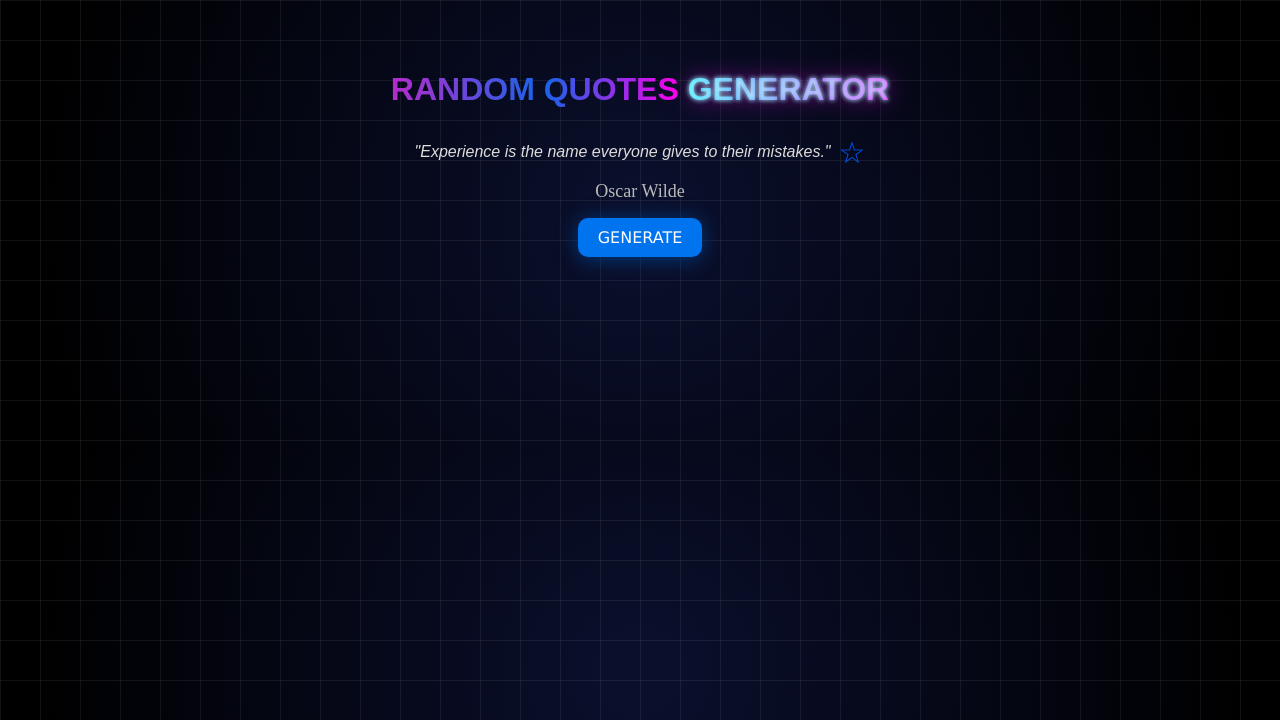
Repository: Adel-la/random-quotes
Page: index.html
These files come from the project's save history. The page is drawn as it stood at one moment and after the next save; the edit follows.
The browser window is 1280 px wide. The pictures show the whole page.

Above is the page before, as saved 2025-06-26 23:24:57.

### index.html
<!DOCTYPE html>
<html lang="ru">
<head>
  <meta charset="UTF-8" />
  <title>Random Quotes</title>
  <link rel="stylesheet" href="styles.css" />
</head>
<body>
  <main class="main">
    <h1 class="h1-title"> <span class="special-text">RANDOM QUOTES</span> <span class="neon-text">GENERATOR</span></h1>
    <div class="quote-container">
      <p id="quote" class="quote"></p>
      <button id="favorite" class="favorite">☆</button>
    </div>
    <p id="author" class="quote-author"></p>
    <button id="generate" class="btn">GENERATE</button>

    <div id="favorites-container" class="favorites-container"></div>
  </mainс>
  <script type="module" src="main.js"></script>
</body>
</html>

### styles.css

body {
  font-family: Arial, sans-serif;
  color: aliceblue;
  box-sizing: border-box;
  margin: 0;
  padding: 20px;
}

.favorites-container{
  max-width: 600px;
  margin: 50px auto;
  text-align: center;
}

.btn{
  padding: 10px 20px;
  font-size: 16px;
  background-color: #0073ee;
  color: #fff;
  border: none;
  cursor: pointer;
  border-radius: 10px;
  margin-top: 10px;
  transition: background-color 0.3s ease;
  box-shadow: 0 2px 20px rgb(0, 59, 127);
  font-family:Verdana, Geneva, Tahoma, sans-serif;
}

.btn:hover{
  background-color: #004691;
  transform: scale(1.05);
  transition: 0.2s;
  box-shadow: 0 2px 25px rgb(1, 90, 191);
}

.paragraph{
  background-color: #111111;
  border-radius: 5px;
  width: fit-content;
  padding: 5px;
  text-align: center;
  margin: 2px auto;
}

#quote::before,
#quote::after{
  content: '"';
}

.quote-container {
  display: inline-flex;
  align-items: center;
  justify-content: center;
  margin: 0 auto;
  border-radius: 5px;
  padding: 5px 10px;
}

/* Убираем фон из quote, чтобы весь блок (цитата + звезда) имел один фон */
.quote {
  margin: 0;
  padding: 0;
  font-style: italic;
  display: inline;
}

/* Звездочка вплотную к цитате */
.favorite {
  color: rgb(0, 89, 255);
  background-color: transparent;
  font-size: 30px;
  border: none;
  margin-left: 8px;
  cursor: pointer;
  padding: 0;


}

.favorite-card {
  border: 1px solid #333;
  border-left: 5px solid #047dff;
  padding: 12px 16px;
  margin: 12px ;
  border-radius: 12px;
  box-shadow: 0 2px 10px rgba(4, 125, 255, 0.1);
  transition: transform 0.2s ease, box-shadow 0.2s ease;
  position: relative;
  width: 225px;
  text-align: start;
  flex-shrink: 0;

}

.favorites-container {
  display: flex;
  flex-wrap: wrap;
  justify-content: center;
  gap: 10px;
}
.favorite-card:hover {
  transform: scale(1.02);
  box-shadow: 0 4px 15px rgba(4, 125, 255, 0.25);
}

.favorite-card .favorite-quote {
  font-style: italic;
  font-size: 16px;
  color: #ffffff;
  margin-bottom: 8px;
}

.favorite-card .quote-author {
  font-size: 14px;
  color: #bbbbbb;
  text-align: right;
}

.delete-btn {
  position: absolute;
  top: 0;
  right: 0;
  border: none;
  border-radius: 5px;
  color: white;
  background-color: transparent;
  cursor: pointer;
}

.delete-btn:hover {
  font-size: 15px;
  transition: 0.5s;
}

.quote-author{
  margin: 1px auto;
  width: fit-content;
  font-size: large;
  padding: 5px 15px;
  border-radius: 5px;
  font-family:'Times New Roman', Times, serif;
  color: #bababa;
}

.main{
  text-align: center;
  position: relative;
  border-radius: 12px;
  padding: 20px;
  margin: 50px auto;
  max-width: 600px;
  z-index: 1;
  margin-top: 10px;
}

body {
  background: radial-gradient(circle at center, #0a0f2c 0%, #0a0f2c 4%, #000000 90%);

  position: relative;
  overflow: hidden;
  color: #ddd;
}

/* Тонкая светлая сетка */
body::before {
  content: "";
  position: fixed;
  top: 0; left: 0; right: 0; bottom: 0;
  background-image:
    linear-gradient(rgba(255,255,255,0.07) 1px, transparent 1px),
    linear-gradient(90deg, rgba(255,255,255,0.07) 1px, transparent 1px);
  background-size: 40px 40px;
  pointer-events: none;
  z-index: 0;
}


.special-text{
   font-weight: bold;
  font-size: 32px;
  background: linear-gradient(90deg, rgba(183, 43, 204, 1) 0%, rgba(23, 100, 232, 1) 53%, rgb(252, 2, 235) 100%);
  -webkit-background-clip: text;
  -webkit-text-fill-color: transparent;
}

.neon-text{
  font-weight: bold;
  background: linear-gradient(90deg, #00faff, #ff00f7);
  -webkit-background-clip: text;
  -webkit-text-fill-color: transparent;
  text-shadow:
    0 0 5px rgba(255, 255, 255, 0.667),
    0 0 5px rgba(0, 255, 255, 0.5),
    0 0 20px rgba(255, 0, 255, 0.5),
    0 0 40px rgba(255, 0, 255, 0.3);
}

.h1-title{
  font-family:;
}

### main.js
import quotes from './src/data/quotes.js';
import { generateAndDisplayQuote } from './src/handlers/quote.js';
import {
  generateBtn,
} from './src/ui/dom.js';




// Показать первую цитату сразу при загрузке страницы
generateAndDisplayQuote(quotes);

// Кнопка "Сгенерировать цитату"
generateBtn.addEventListener('click', () => {
  generateAndDisplayQuote(quotes);
});

### src/data/quotes.js
// Quotes array with English programming quotes and initial favorite = false
import { setQuoteId } from "../handlers/utils.js";
const quotes = [
  {
    text: "Code is like humor. When you have to explain it, it’s bad.",
    author: "Cory House",
    isFavorite: false,
  },
  {
    text: "First, solve the problem. Then, write the code.",
    author: "John Johnson",
    isFavorite: false,
  },
  {
    text: "Experience is the name everyone gives to their mistakes.",
    author: "Oscar Wilde",
    isFavorite: false,
  },
  {
    text: "In order to be irreplaceable, one must always be different.",
    author: "Coco Chanel",
    isFavorite: false,
  },
  {
    text: "Java is to JavaScript what car is to Carpet.",
    author: "Chris Heilmann",
    isFavorite: false,
  },
  {
    text: "Simplicity is the soul of efficiency.",
    author: "Austin Freeman",
    isFavorite: false,
  },
  {
    text: "Code never lies, comments sometimes do.",
    author: "Ron Jeffries",
    isFavorite: false,
  },
  {
    text: "Programming isn’t about what you know; it’s about what you can figure out.",
    author: "Chris Pine",
    isFavorite: false,
  },
  {
    text: "Make it work, make it right, make it fast.",
    author: "Kent Beck",
    isFavorite: false,
  },
  {
    text: "Any fool can write code that a computer can understand. Good programmers write code that humans can understand.",
    author: "Martin Fowler",
    isFavorite: false,
  }
];

setQuoteId(quotes)
export default quotes;

### src/handlers/quote.js
import { chooseRandomQuote } from './utils.js';
import { setRandomQuote } from '../core/state.js';
import { showQuote } from '../ui/index.js';
import { quoteElement, authorElement, favoriteBtn } from '../ui/dom.js';

// Функция генерации и отображения случайной цитаты
export function generateAndDisplayQuote(quotes) {
  const quote = chooseRandomQuote(quotes);
  setRandomQuote(quote);
  showQuote(quote, quoteElement, authorElement, favoriteBtn);
}

### src/ui/dom.js
export const quoteElement = document.getElementById('quote');
export const authorElement = document.getElementById('author');
export const generateBtn = document.getElementById('generate');
export const favoriteBtn = document.getElementById('favorite');
export const favoritesContainer = document.getElementById('favorites-container');

### src/handlers/utils.js
// Генерация уникального 8-символьного hex ID (буквы и цифры)
 function generateHexId() {
  return Math.floor(Math.random() * 0xffffffff)
    .toString(16)
    .padStart(8, '0');
}

export function setQuoteId(quotes) {
  quotes.forEach(quote => {
    if (!quote.id) {
      quote.id = generateHexId();
    }
  });
}

// Функция выбора случайной цитаты из массива
export function chooseRandomQuote(quotes) {
  const index = Math.floor(Math.random() * quotes.length);
  return quotes[index];
}

### src/core/state.js
import { chooseRandomQuote } from '../handlers/utils.js';
import quotes from '../data/quotes.js';

let currentQuote = null;

// Функция для получения текущей цитаты
export function getRandomQuote() {
  if (!currentQuote) {
    currentQuote = chooseRandomQuote(quotes);
  }
  return currentQuote;
}

// Устанавливаем текущую цитату
export function setRandomQuote(quote) {
  currentQuote = quote;
}

### src/ui/index.js
import { updateFavoriteButton } from '../handlers/favorites.js';

// Функция для отображения цитаты и автора на странице
export function showQuote(quote, quoteElement, authorElement, favoriteBtn) {
  if (!quote) return;

  const { text, author, isFavorite } = quote;

  quoteElement.textContent = text;
  authorElement.textContent = author ? ` ${author}` : ' Unknown';

  updateFavoriteButton(isFavorite, favoriteBtn);
}

### src/handlers/favorites.js
import { favoritesContainer, favoriteBtn } from '../ui/dom.js';
import quotes from '../data/quotes.js';
import { getRandomQuote } from '../core/state.js';
import { setQuoteId } from './utils.js';


// Создаём карточку избранной цитаты и добавляем в контейнер
export function addFavoriteCard(quoteObj, container) {
  const card = document.createElement('div');
  card.id = quoteObj.id;
  card.classList.add('favorite-card');

  card.innerHTML = `
      <button class="delete-btn">🗑</button>
      <p class="favorite-quote">${quoteObj.text}</p>
      <span class="quote-author">– ${quoteObj.author}</span>
    `;

  container.appendChild(card);
}

// Удаляем карточку цитаты из избранного
export function removeCardOfFavorite(container, quote) {
  const cards = container.querySelectorAll('.favorite-card');
  cards.forEach((card) => {
    if (card.id === quote.id) {
      card.remove();
    }
  });
}

// Обновляем кнопку избранного (звёздочку)
export function updateFavoriteButton(isFavorite, button) {
  button.textContent = isFavorite ? '★' : '☆';
}

// Обработчик клика по кнопке удаления на карточке
export function handleDeleteClick(event, container, quotes, favoriteButton) {
  if (!event.target.classList.contains('delete-btn')) return;

  const card = event.target.closest('.favorite-card');
  if (!card) return;

  const quoteObj = quotes.find((q) => q.id === card.id);
  if (!quoteObj) return;

  console.log(quoteObj.id, card.id)
  if (card.id === getRandomQuote().id) {
    updateFavoriteButton(false, favoriteButton);
  }
  quoteObj.isFavorite = false;

  card.remove();
}

// Переключение состояния избранного цитаты
export function toggleFavorite(quote, container, button) {
  quote.isFavorite = !quote.isFavorite;
  updateFavoriteButton(quote.isFavorite, button);

  if (quote.isFavorite) {
    addFavoriteCard(quote, container);
  } else {
    removeCardOfFavorite(container, quote);
  }
}

// Настройка обработчиков избранного (звёздочка и удаление карточек)
export function setupFavoriteHandlers(favoritesContainer, favoriteBtn, quotes) {
  favoriteBtn.addEventListener('click', () => {
    const quote = getRandomQuote();
    if (!quote) return;
    toggleFavorite(quote, favoritesContainer, favoriteBtn);
  });

  favoritesContainer.addEventListener('click', (event) => {
    handleDeleteClick(event, favoritesContainer, quotes, favoriteBtn);
  });
}

// Инициализация обработчиков
setupFavoriteHandlers(favoritesContainer, favoriteBtn, quotes);

After the next save:
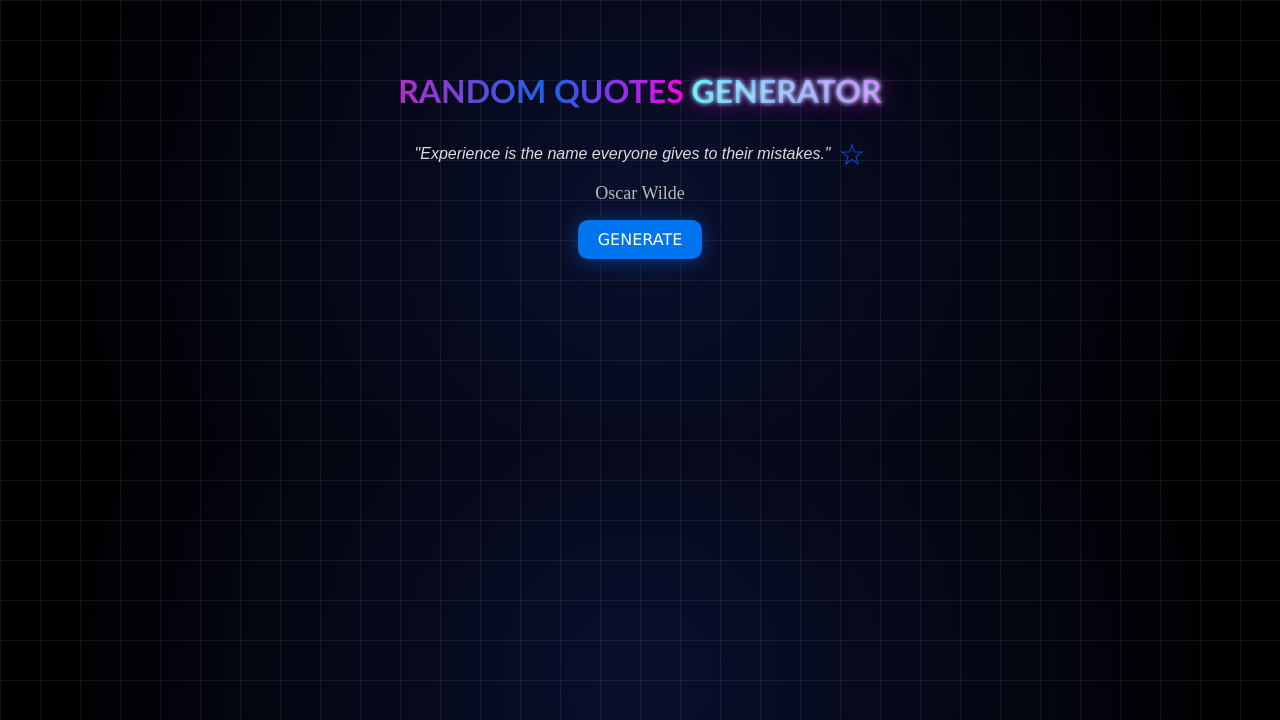
Saved 7 s later.
--- a/styles.css
+++ b/styles.css
@@ -197,5 +197,5 @@
 }
 
 .h1-title{
-  font-family:;
-}
+  font-family:'Trebuchet MS', 'Lucida Sans Unicode', 'Lucida Grande', 'Lucida Sans', Arial, sans-serif;
+}

After the save that followed:
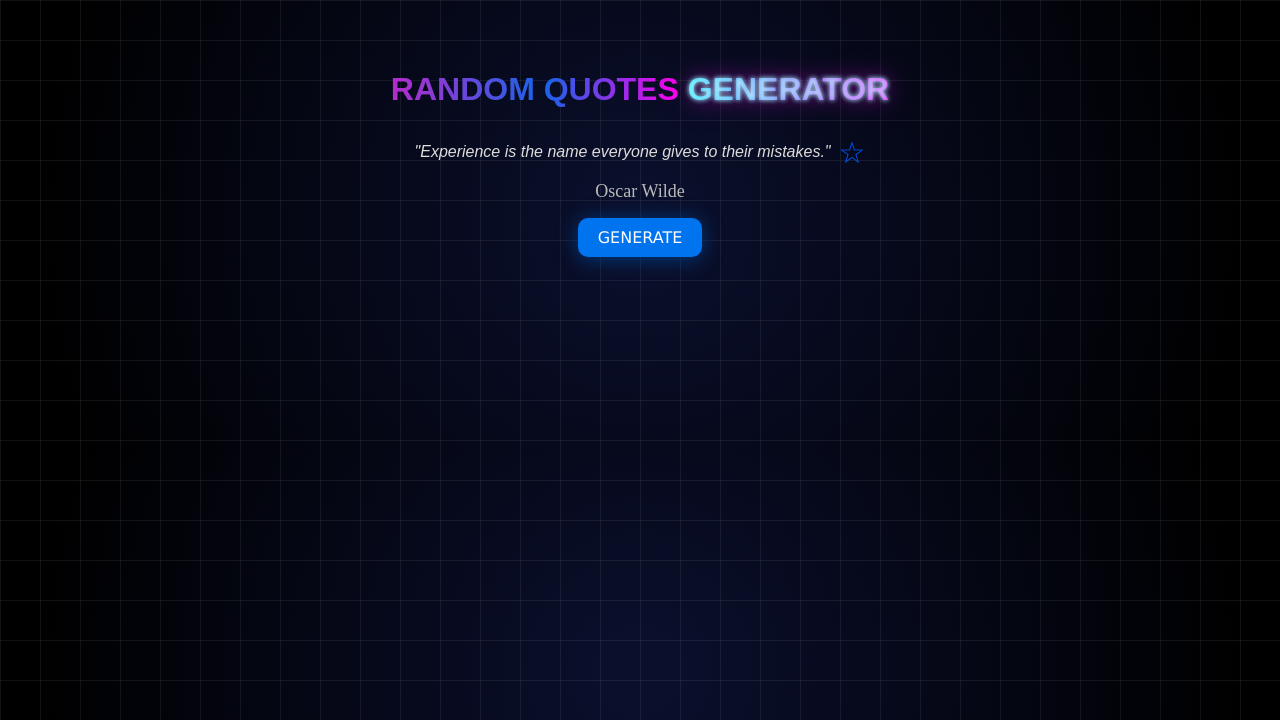
Saved 8 s later.
--- a/styles.css
+++ b/styles.css
@@ -197,5 +197,5 @@
 }
 
 .h1-title{
-  font-family:'Trebuchet MS', 'Lucida Sans Unicode', 'Lucida Grande', 'Lucida Sans', Arial, sans-serif;
-}
+  font-family:;
+}
